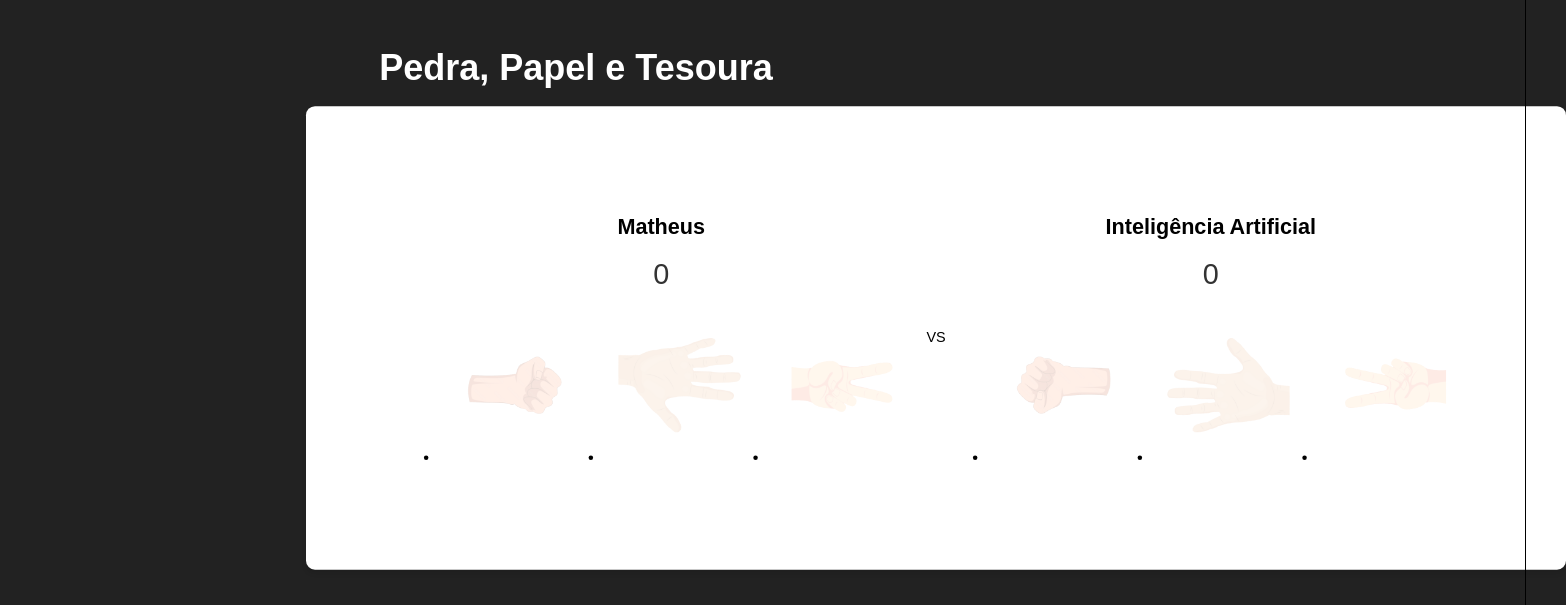
Repository: Matheus904-12/Pedra-Papel
Page: index.html
An editor plug-in stored every save of this project. The page is shown before and after the next save, followed by the edit.
The browser window is 1280 px wide. The page is 1740 px wide, so the pictures cover 1740 px, including what lies to the right of the window. The pictures show the whole page, at 90% of full size.

Above is the page before, as saved 2023-08-28 21:58:49.

### index.html
<!DOCTYPE html>
<html lang="en">
<head>
    <meta charset="UTF-8">
    <meta name="viewport" content="width=device-width, initial-scale=1.0">
    <title>Pedra, Papel e Tesoura</title>
    <link rel="stylesheet" href="style.css">
    <script src="script.js"></script>
</head>
<body>
    <center>
    <div class="box">
        <div class="container">
            <h1 id="titulo">Pedra, Papel e Tesoura</h1>
            <div class="placar" id="placar">
                <div class="jogador">
                    <h2 id="jogadorNome">Matheus</h2>
                    <p id="jogadorPontos">0</p>
                    <ul class="escolhas" id="jogadorEscolha">
                        <li>
                            <a id="jogadorEscolha1" class="escolha" onclick="jogar(1)">
                                <img src="img/1-removebg-preview.png" alt="">
                            </a>
                        </li>
                        <li>
                            <a id="jogadorEscolha2" class="escolha" onclick="jogar(2)">
                                <img src="img/2-removebg-preview.png" alt="">
                            </a>
                        </li>
                        <li>
                            <a id="jogadorEscolha3" class="escolha" onclick="jogar(3)">
                                <img src="img/3-removebg-preview.png" alt="">
                            </a>
                        </li>
                    </ul>
                </div>
                <div id="versus">VS</div>
                <div class="computador">
                    <h2 id="computadorNome">Inteligência Artificial</h2>
                    <p id="computadorPontos">0</p>
                    <ul class="escolhas" id="computadorEscolha">
                        <li>
                            <a id="computadorEscolha1" class="escolha">
                                <img src="img2/1.png" alt="">
                            </a>
                        </li>
                        <li>
                            <a id="computadorEscolha2" class="escolha">
                                <img src="img2/2.png" alt="">
                            </a>
                        </li>
                        <li>
                            <a id="computadorEscolha3" class="escolha">
                                <img src="img2/3.png" alt="">
                            </a>
                        </li>
                    </ul>
                </div>
            </div>
            <div class="mensagem"><p id="mensagem"class="result-message">&nbsp;</p>
    </div>
</center>
</body>
</html>

### style.css
ul#jogadorEscolha li a,
ul#computadorEscolha li a{
    opacity: 0.2;
    transition: ease-in-out 0.3s;
}
ul#jogadorEscolha li a:hover,
ul#jogadorEscolha li a.selecionado,
ul#computadorEscolha li a.selecionado {
    opacity: 1;
}

/* Estilos gerais */
body {
    font-family: 'Arial', sans-serif;
    background-color: #222;
    margin: 0;
    padding: 0;
    transition: background-color 0.5s ease;
    align-items: center;
}

/* Estilo do container principal */
.box {
    display: flex;
    align-items: center;
    justify-content: center;
    min-height: 100vh;
    transition: background-color 0.5s ease;
}

.container {
    width: 100%;
    max-width: 600px;
    text-align: center;
}

/* Estilo do título */
#titulo {
    font-size: 2.5rem;
    color: #fff;
    margin-bottom: 20px;
}

/* Estilo do placar */
.placar {
    display: flex;
    align-items: center;
    justify-content: space-between;
    padding: 100px;
    background-color: #fff;
    border-radius: 10px;
    box-shadow: 0 4px 6px rgba(0, 0, 0, 0.1);
    width: 100vw;
    margin: 0;
    max-width: 1200px;
}

.jogador,
.computador {
    width: 50%;
}

.jogador p,
.computador p {
    font-size: 2rem;
    color: #333;
    margin: 0;
}

.escolhas {
    display: flex;
    justify-content: space-around;
    margin-top: 20px;
}

.escolhas img {
    max-width: 170px;
    cursor: pointer;
    transition: transform 0.3s ease;
}

.escolhas img:hover {
    transform: scale(1.1);
}

/* Estilo do resultado/mensagem */
.result-message {
    font-size: 1.2rem;
    margin-top: 20px;
    color: #fff;
}

.result-message.vitoria {
    color: #4CAF50;
}

.result-message.derrota {
    color: #FF5733;
}

.result-message.empate {
    color: #FFC300;
}

/* Estilo do botão reiniciar */
.reiniciar-jogo {
    background-color: #3498db;
    border: none;
    color: white;
    padding: 10px 20px;
    text-align: center;
    text-decoration: none;
    display: inline-block;
    font-size: 16px;
    border-radius: 5px;
    cursor: pointer;
    transition: background-color 0.3s ease;
}

.reiniciar-jogo:hover {
    background-color: #2980b9;
}

/* Estilo do histórico */
.historico {
    text-align: center;
    margin-top: 20px;
}

.historico-toggle {
    background-color: #333;
    border: none;
    color: white;
    padding: 5px 10px;
    font-size: 14px;
    border-radius: 5px;
    cursor: pointer;
    transition: background-color 0.3s ease;
}

.historico-toggle:hover {
    background-color: #222;
}

.historico-list {
    list-style: none;
    padding: 0;
    display: none;
    text-align: left;
}

.historico-list li {
    font-size: 14px;
    margin-bottom: 5px;
    color: #fff;
}

### script.js
let jogadorEscolha = 0;
let jogadorPontos = 0;
let computadorEscolha = 0;
let computadorPontos = 0;
let ganhador = -1;
let historico = [];

function jogar(escolha){
    jogadorEscolha = escolha;
    computadorEscolha = Math.floor(Math.random() * 3) + 1;


/*PEDRA = 1
  PAPEL = 2
  TESOURA = 3
*/

if (jogadorEscolha == 1 && computadorEscolha == 1) {
    ganhador = 0;
    //*PEDRA = PEDRA*//
} else if (jogadorEscolha == 1 && computadorEscolha == 2) {
    ganhador = 2;
    //PEDRA E PAPEL = PAPEL//
} else if (jogadorEscolha == 1 && computadorEscolha == 3) {
    ganhador = 1;
    //PEDRA E TESOURA = PEDRA//
} else if (jogadorEscolha == 2 && computadorEscolha == 1) {
    ganhador = 1;
    //PAPEL E PEDRA = PEDRA
} else if (jogadorEscolha == 2 && computadorEscolha == 2) {
    ganhador =  0;
    //PAPEL E PAPEL = NADA
} else if (jogadorEscolha == 2 && computadorEscolha == 3) {
    ganhador = 2;
    //PAPEL E TESOURA = TESOURA
} else if (jogadorEscolha == 3 && computadorEscolha == 1) {
    ganhador = 2;
    //TESOURA E PEDRA = PEDRA
} else if (jogadorEscolha == 3 && computadorEscolha == 2) {
    ganhador = 1;
    //TESOURA E PAPEL = TESOURA
} else if (jogadorEscolha == 3 && computadorEscolha == 3) {
    ganhador = 0;
    //TESOURA E TESOURA = EMPATE
}


document.getElementById('jogadorEscolha1').classList.remove('selecionado');
document.getElementById('jogadorEscolha2').classList.remove('selecionado');
document.getElementById('jogadorEscolha3').classList.remove('selecionado');
document.getElementById('computadorEscolha1').classList.remove('selecionado');
document.getElementById('computadorEscolha2').classList.remove('selecionado');
document.getElementById('computadorEscolha3').classList.remove('selecionado');



document.getElementById('jogadorEscolha'+jogadorEscolha).classList.add('selecionado');
document.getElementById('computadorEscolha'+computadorEscolha).classList.add('selecionado');


/*
EMPATE = 0;
JOGADOR = 1;
COMPUTADOR = 2;
*/


// Atualizar placar
if (ganhador === 1) {
    jogadorPontos++;
} else if (ganhador === 2) {
    computadorPontos++;
}

document.getElementById('jogadorPontos').textContent = jogadorPontos;
document.getElementById('computadorPontos').textContent = computadorPontos;


// Mensagem do resultado
let mensagem = '';
if (ganhador === 1) {
    mensagem = 'Você venceu!';
} else if (ganhador === 2) {
    mensagem = 'Você perdeu!';
} else {
    mensagem = 'Empate!';
}

// Adicionar ao histórico
historico.push({
    jogador: jogadorEscolha,
    computador: computadorEscolha,
    resultado: ganhador
});

// Atualizar elementos na página
document.getElementById('jogadorPontos').textContent = jogadorPontos;
document.getElementById('computadorPontos').textContent = computadorPontos;
document.querySelector('.result-message').textContent = mensagem;
document.querySelector('.result-message').className = `result-message ${ganhadorClass}`;

// Exibir histórico
mostrarHistorico();

// Adicionar classe de estilo à mensagem
let mensagemElement = document.getElementById('mensagem');
mensagemElement.classList.remove('vitoria', 'derrota', 'empate');
if (ganhador === 1) {
    mensagemElement.classList.add('vitoria');
} else if (ganhador === 2) {
    mensagemElement.classList.add('derrota');
} else {
    mensagemElement.classList.add('empate');
}
}

function mostrarHistorico() {
let historicoList = document.getElementById('historico-list');
historicoList.innerHTML = '';

for (let i = 0; i < historico.length; i++) {
    let item = historico[i];
    let resultado = '';
    if (item.resultado === 1) {
        resultado = 'Vitória';
    } else if (item.resultado === 2) {
        resultado = 'Derrota';
    } else {
        resultado = 'Empate';
    }

    let listItem = document.createElement('li');
    listItem.textContent = `Jogador: ${item.jogador} | Computador: ${item.computador} | Resultado: ${resultado}`;
    historicoList.appendChild(listItem);
}


document.getElementById('historico-toggle').addEventListener('click', function() {
    const historicoList = document.querySelector('.historico-list');
    historicoList.style.display = historicoList.style.display === 'none' ? 'block' : 'none';
    this.textContent = historicoList.style.display === 'none' ? 'Ver Histórico' : 'Esconder Histórico';
});

// Mensagem do resultado
let mensagem = '';
if (ganhador === 1) {
    mensagem = 'Você venceu!';
} else if (ganhador === 2) {
    mensagem = 'Você perdeu!';
} else {
    mensagem = 'Empate!';
}

// Adicionar ao histórico
historico.push({
    jogador: jogadorEscolha,
    computador: computadorEscolha,
    resultado: ganhador
});


// Atualizar elementos na página
document.getElementById('jogadorPontos').textContent = jogadorPontos;
document.getElementById('computadorPontos').textContent = computadorPontos;
document.querySelector('.result-message').textContent = mensagem;
document.querySelector('.result-message').className = `result-message ${ganhadorClass}`;


 // Adicionar classe de estilo à mensagem
let mensagemElement = document.querySelector('.mensagem');
mensagemElement.classList.remove('vitoria', 'derrota', 'empate');
if (ganhador === 1) {
    mensagemElement.classList.add('vitoria');
} else if (ganhador === 2) {
    mensagemElement.classList.add('derrota');
} else {
    mensagemElement.classList.add('empate');
}

// Atualizar estilo da página com base no resultado
document.querySelector('.box').className = `box ${ganhadorClass}`;




// Atualizar cor de fundo com base no resultado
if (ganhador === 1) {
    document.body.style.backgroundColor = '#4CAF50'; // Verde
} else if (ganhador === 2) {
    document.body.style.backgroundColor = '#FF5733'; // Vermelho
} else {
    document.body.style.backgroundColor = '#FFC300'; // Amarelo
}


// Selecionar escolha do jogador
document.getElementById(`jogadorEscolha${jogadorEscolha}`).classList.add('selecionado');


// Atualizar escolhas do jogador
document.getElementById(`jogadorEscolha${jogadorEscolha}`).classList.add('selecionado');
document.getElementById(`computadorEscolha${computadorEscolha}`).classList.add('selecionado');

// Atualizar estilo da página com base no resultado
document.querySelector('.box').className = `box ${ganhadorClass}`;

// Função para reiniciar o jogo
function reiniciarJogo() {
    jogadorPontos = 0;
    computadorPontos = 0;
    historico = [];
    limparEscolhas();
    atualizarPlacar();
    limparMensagem();
    mostrarHistorico();
    resetarEstiloPagina();
}

// Limpar escolhas selecionadas
function limparEscolhas() {
    document.querySelectorAll('.escolha').forEach(element => {
        element.classList.remove('selecionado');
    });
}

// Atualizar placar
function atualizarPlacar() {
    document.getElementById('jogadorPontos').textContent = jogadorPontos;
    document.getElementById('computadorPontos').textContent = computadorPontos;
}

// Limpar mensagem do resultado
function limparMensagem() {
    document.querySelector('.result-message').textContent = '';
    document.querySelector('.mensagem').className = 'mensagem';
}

// Resetar estilo da página
function resetarEstiloPagina() {
    document.querySelector('.box').className = 'box';
}

// Botão de reiniciar o jogo
document.getElementById('reiniciar-jogo').addEventListener('click', function() {
    reiniciarJogo();
});


// Função para reiniciar o jogo
function reiniciarJogo() {
    jogadorPontos = 0;
    computadorPontos = 0;
    historico = [];
    limparEscolhas();
    atualizarPlacar();
    limparMensagem();
    mostrarHistorico();
    resetarEstiloPagina();
}

// Limpar escolhas selecionadas
function limparEscolhas() {
    document.querySelectorAll('.escolha').forEach(element => {
        element.classList.remove('selecionado');
    });
}

// Atualizar placar
function atualizarPlacar() {
    document.getElementById('jogadorPontos').textContent = jogadorPontos;
    document.getElementById('computadorPontos').textContent = computadorPontos;
}

// Limpar mensagem do resultado
function limparMensagem() {
    document.querySelector('.result-message').textContent = '';
    document.querySelector('.mensagem').className = 'mensagem';
}

// Resetar estilo da página
function resetarEstiloPagina() {
    document.querySelector('.box').className = 'box';
}

// Botão de reiniciar o jogo
document.getElementById('reiniciar-jogo').addEventListener('click', function() {
    reiniciarJogo();
});


}

After the next save:
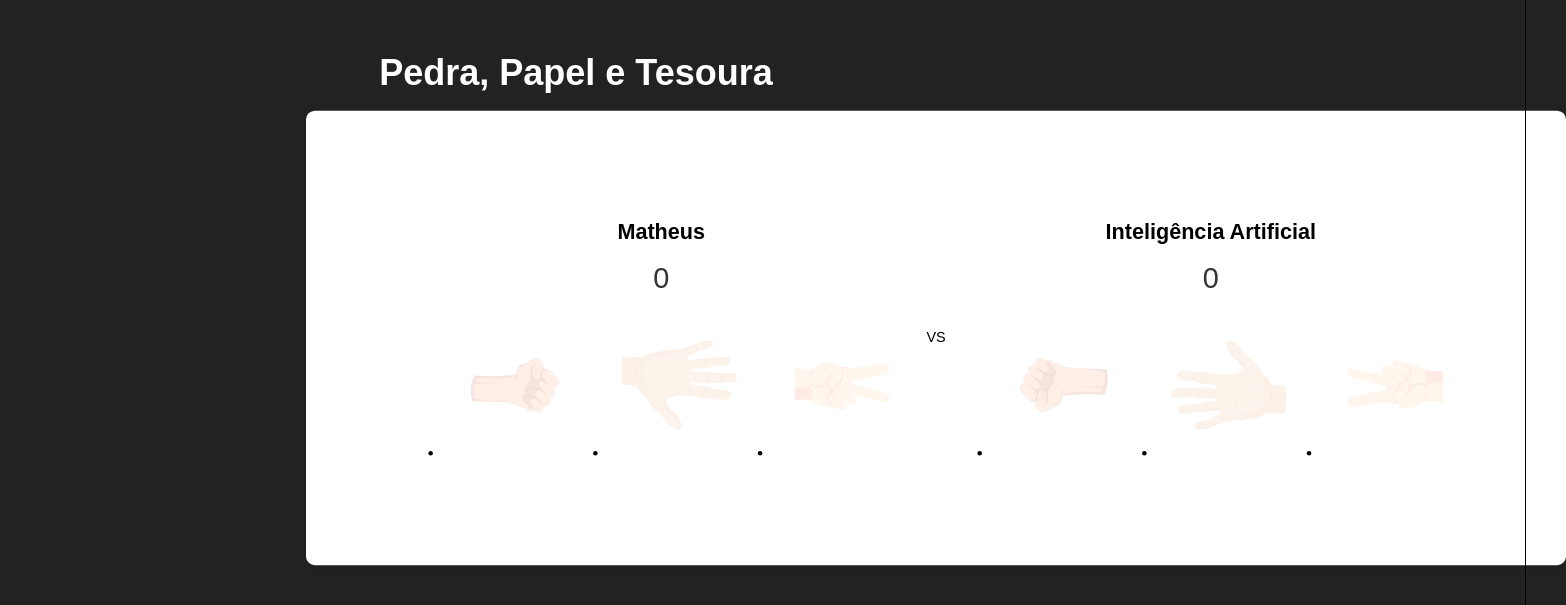
Saved 28 s later.
--- a/style.css
+++ b/style.css
@@ -74,7 +74,7 @@ body {
 }
 
 .escolhas img {
-    max-width: 170px;
+    max-width: 160px;
     cursor: pointer;
     transition: transform 0.3s ease;
 }
